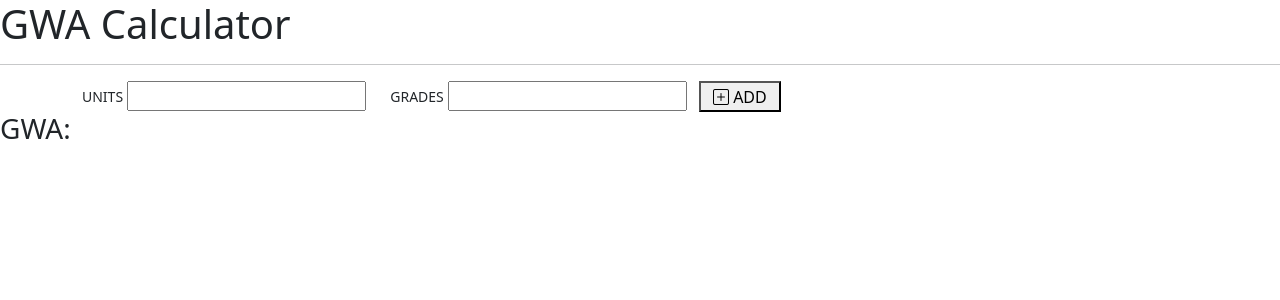
Repository: yonora/GWACalculator
Page: index.html
These files come from the project's save history. The page is drawn as it stood at one moment and after a run of saves; the edit follows.
The browser window is 1280 px wide. The pictures show the whole page.

Above is the page before, as saved 2025-01-04 22:39:49.

### index.html
<!DOCTYPE html>
<html lang="en">
<head>
    <meta charset="UTF-8">
    <meta name="viewport" content="width=device-width, initial-scale=1.0">
    <link rel="stylesheet" href="https://cdn.jsdelivr.net/npm/bootstrap@5.3.3/dist/css/bootstrap.min.css">
    <link rel="stylesheet" href="https://cdn.jsdelivr.net/npm/bootstrap-icons@1.11.3/font/bootstrap-icons.min.css">
    <script src="js.js"></script>
    <title>GWA Calculator</title>
</head>
<body>
    <h1>GWA Calculator</h1>
    <hr>
    <div class="container" id="container">
        <div class="row" id="grade-container">
            <div class="col-auto">
                <label for="units" class="col-form-label-sm">UNITS</label>
                <input type="number" class="col-form-control" id="units">
            </div>
            <div class="col-auto">
                <label for="grades" class="col-form-label-sm">GRADES</label>
                <input type="text" class="col-form-control" id="grades">
            </div>
            <button class="col-auto add" onclick="add()"><i class="bi bi-plus-square"></i> ADD</button>
        </div>
    </div>
    <h3>GWA: <span id="gwa"></span></h3>
</body>
</html>

### js.js
function add(){
    const container = document.getElementById('container');
    const elements =
        `<div class="row" id="grade-container">
            <div class="col-auto">
                <label for="units" class="col-form-label-sm">UNITS</label>
                <input type="number" class="col-form-control" id="units">
            </div>
            <div class="col-auto">
                <label for="grades" class="col-form-label-sm">GRADES</label>
                <input type="text" class="col-form-control" id="grades">
            </div>
        </div>`
    ;
    container.innerHTML += elements;
}

function compute(){
    const gwa = document.getElementById('gwa');
    gwa.innerHTML = "Hello World";
}

After the next 2 saves:
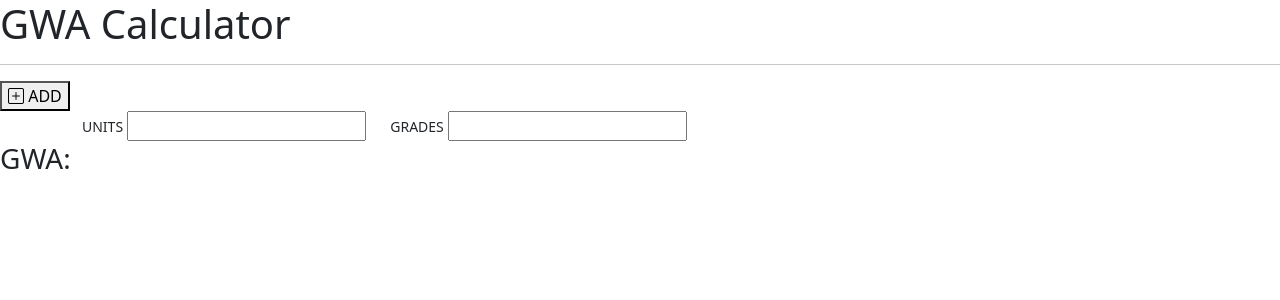
The 2 saves are shown as one change because they came seconds apart.
The last was saved 18 s later.
--- a/index.html
+++ b/index.html
@@ -11,6 +11,7 @@
 <body>
     <h1>GWA Calculator</h1>
     <hr>
+    <button class="col-auto add" onclick="add()"><i class="bi bi-plus-square"></i> ADD</button>
     <div class="container" id="container">
         <div class="row" id="grade-container">
             <div class="col-auto">
@@ -21,7 +22,6 @@
                 <label for="grades" class="col-form-label-sm">GRADES</label>
                 <input type="text" class="col-form-control" id="grades">
             </div>
-            <button class="col-auto add" onclick="add()"><i class="bi bi-plus-square"></i> ADD</button>
         </div>
     </div>
     <h3>GWA: <span id="gwa"></span></h3>
